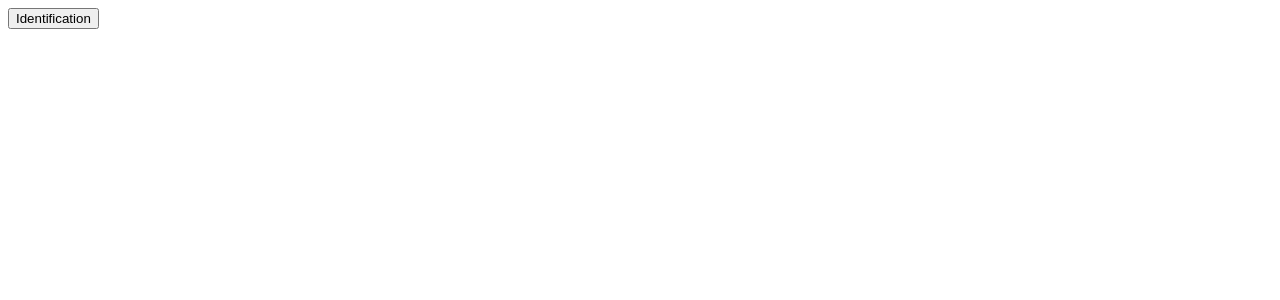
Repository: wendytoko/cours
Page: http://localhost/Test/Authentification.jsp
An editor plug-in stored every save of this project. The page is shown before and after the next save, followed by the edit.
The browser window is 1280 px wide. The pictures show the whole page.
The page is served by Tomcat 9. Other server files are loaded and not shown.

Above is the page before, as saved 2019-11-19 11:32:36.

### Cours Sarah/Test/WebContent/Authentification.jsp
<%@ page language="java" contentType="text/html; charset=ISO-8859-1"
    pageEncoding="ISO-8859-1"%>
<!DOCTYPE html PUBLIC "-//W3C//DTD HTML 4.01 Transitional//EN" "http://www.w3.org/TR/html4/loose.dtd">
<html>
<head>
<meta http-equiv="Content-Type" content="text/html; charset=ISO-8859-1">
<title>Insert title here</title>
</head>
<body>
<form action="MyServlet" method="Post">
<input type="submit" value="Identification">
</form>




</body>
</html>

After the next save:
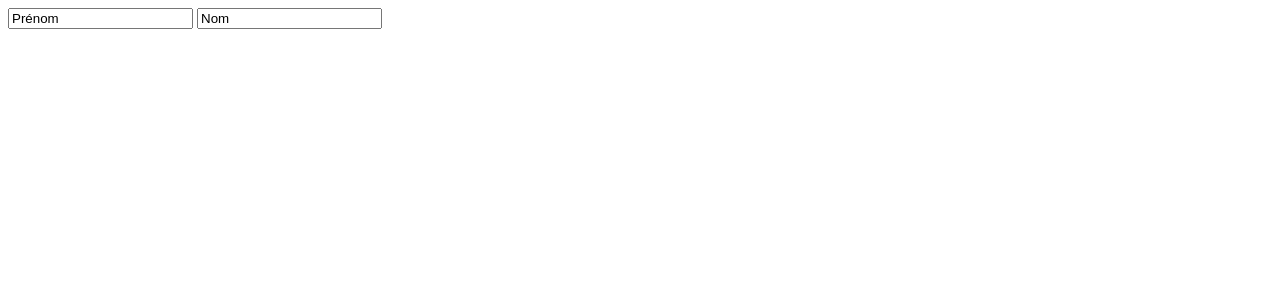
Saved 5 min 49 s later.
--- a/Cours Sarah/Test/WebContent/Authentification.jsp
+++ b/Cours Sarah/Test/WebContent/Authentification.jsp
@@ -8,7 +8,9 @@
 </head>
 <body>
 <form action="MyServlet" method="Post">
-<input type="submit" value="Identification">
+<input type="text" value="Prénom">
+<input type="text" value="Nom">
+
 </form>
 
 
